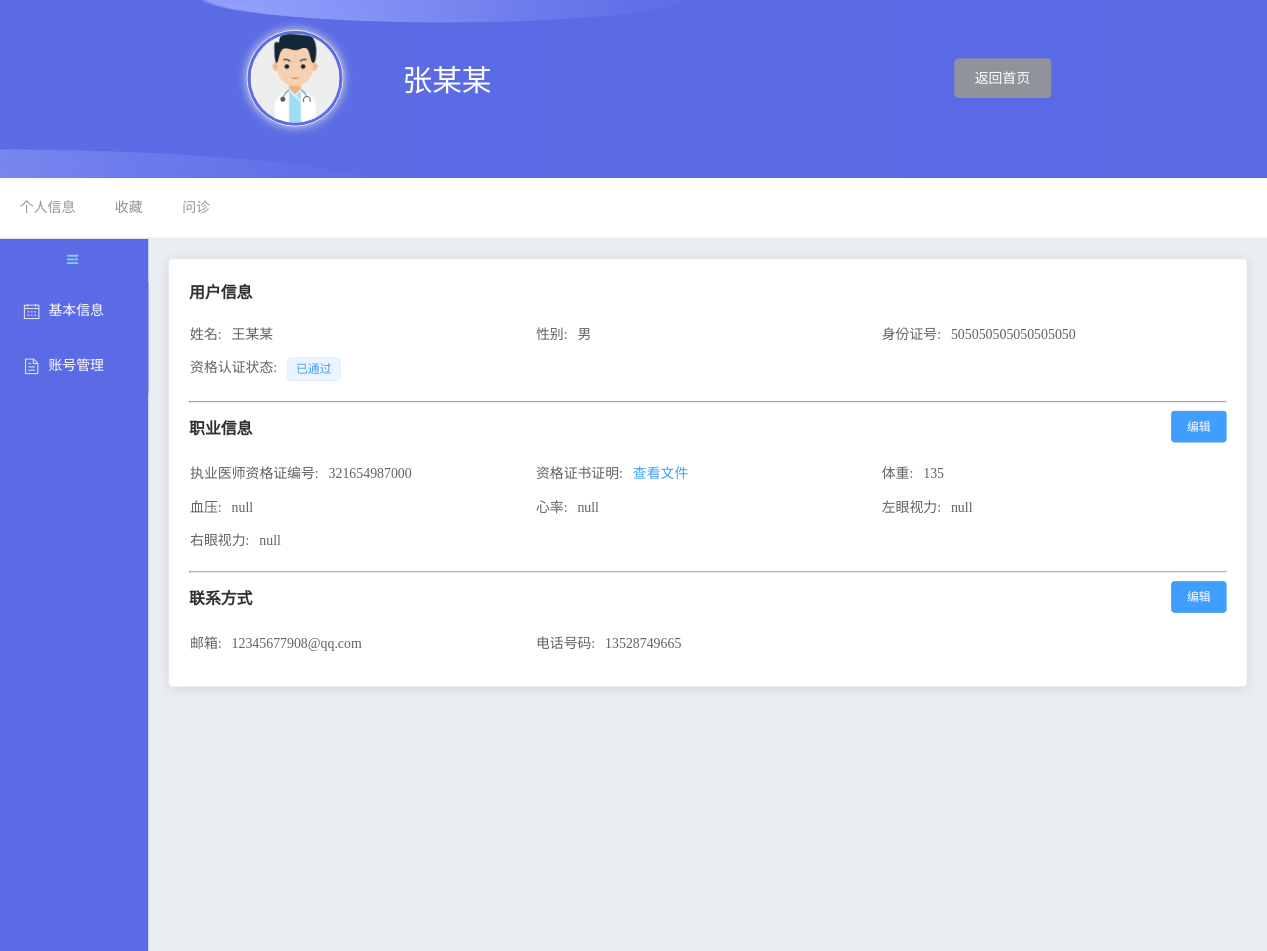
Repository: DiscreteL/SOA_Front
Page: /#/docInfo
The author's editor kept a copy of each file at every save. The page is drawn from the files as they stood at one save, then again after the next save.
The browser window is 1280 px wide. The pictures show the whole page, at 99% of full size.
The project was rebuilt for these pictures with package versions that can differ from the ones it lists, and the page was loaded fresh each time. Also part of the build but not shown: vue.config.js, src/components/navigation.vue, src/components/dialog.vue, src/views/news.vue, src/components/announcement.vue, src/components/patientKnow.vue, src/views/Home.vue, src/views/login.vue and 15 more.

Above is the page before, as saved 2021-11-29 10:16:58.

After the next save:
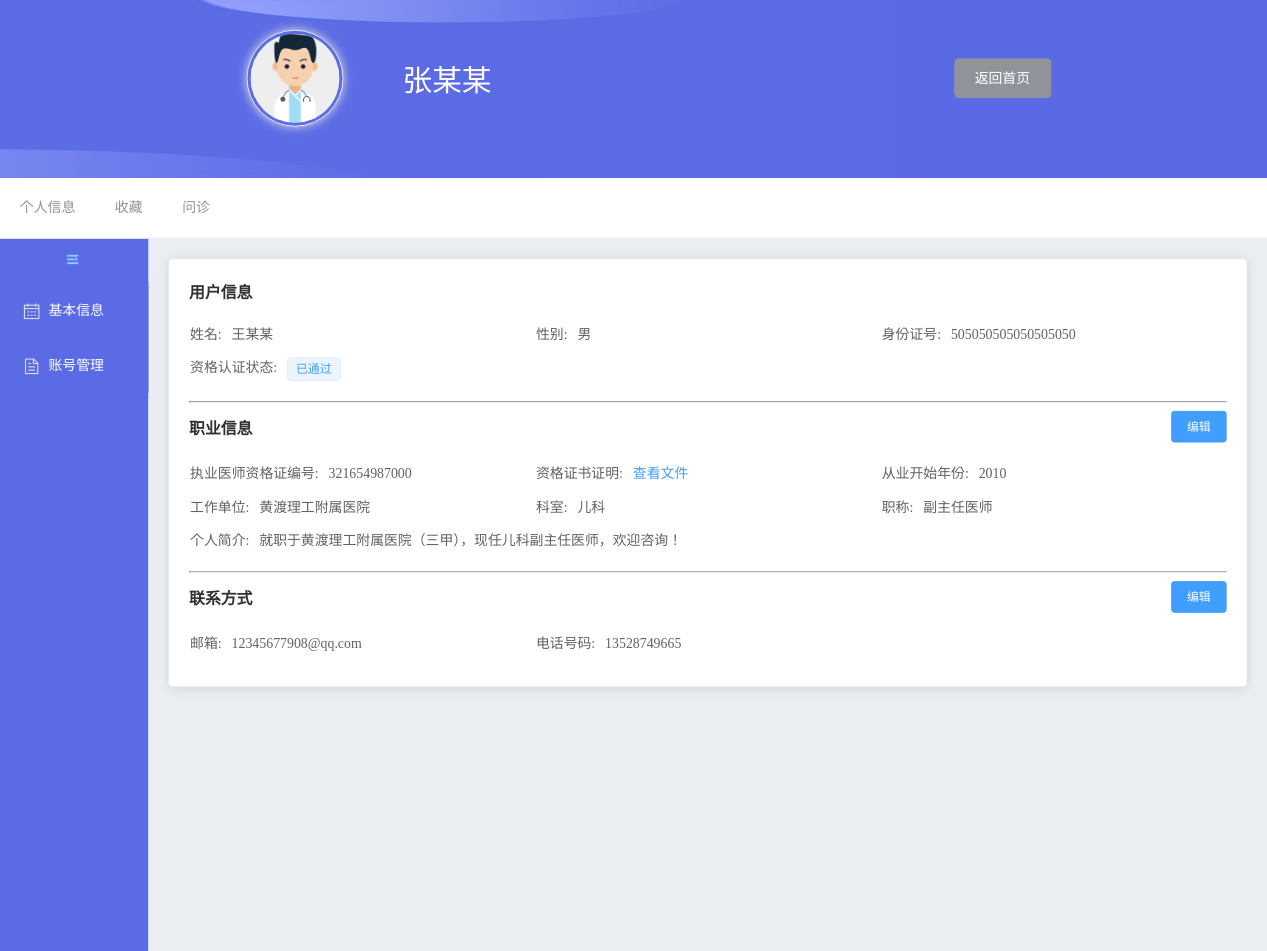
Saved 4 min 33 s later.
--- a/src/views/doctor/info/docInfo.vue
+++ b/src/views/doctor/info/docInfo.vue
@@ -29,20 +29,20 @@
       <el-descriptions-item label="资格证书证明">
         <el-link type="primary">查看文件</el-link>
       </el-descriptions-item>
-      <el-descriptions-item label="体重"
-        >135{{ userInfo.weight }}</el-descriptions-item
+      <el-descriptions-item label="从业开始年份"
+        >2010{{ userInfo.workLength }}</el-descriptions-item
       >
-      <el-descriptions-item label="血压"
-        >null{{ userInfo.bloodpressure }}</el-descriptions-item
+      <el-descriptions-item label="工作单位"
+        >黄渡理工附属医院{{ userInfo.hospital }}</el-descriptions-item
       >
-      <el-descriptions-item label="心率"
-        >null{{ userInfo.heartrate }}</el-descriptions-item
+      <el-descriptions-item label="科室"
+        >儿科{{ userInfo.department }}</el-descriptions-item
       >
-      <el-descriptions-item label="左眼视力"
-        >null{{ userInfo.lefteye }}</el-descriptions-item
+      <el-descriptions-item label="职称"
+        >副主任医师{{ userInfo.title }}</el-descriptions-item
       >
-      <el-descriptions-item label="右眼视力"
-        >null{{ userInfo.righteye }}</el-descriptions-item
+      <el-descriptions-item label="个人简介"
+        >就职于黄渡理工附属医院（三甲），现任儿科副主任医师，欢迎咨询！{{ userInfo.righteye }}</el-descriptions-item
       >
     </el-descriptions>
 
